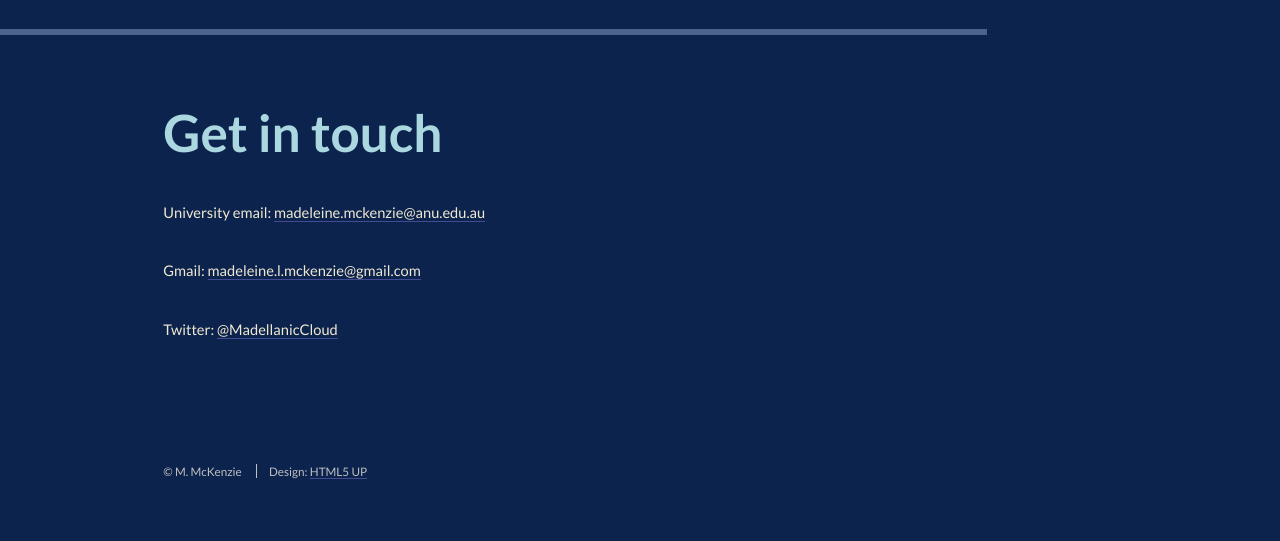
Repository: madeleine-mckenzie/madeleine-mckenzie.github.io
Page: index.html
These files come from the project's save history. The page is drawn as it stood at one moment and after the next save; the edit follows.
The browser window is 1280 px wide. The pictures show the part of the page from y = 4540 to 5114 px (the page is 5081 px tall before and 5114 px after).
Backgrounds fixed to the window are drawn as part of the page.

Above is the page before, as saved 2023-11-12 17:07:44.

### index.html
<!DOCTYPE HTML>
<!--
    Read Only by HTML5 UP
    html5up.net | @ajlkn
    Free for personal and commercial use under the CCA 3.0 license (html5up.net/license)
-->
<html>
    <head>
        <title>M. McKenzie</title>
        <meta charset="utf-8" />
        <meta name="viewport" content="width=device-width, initial-scale=1, user-scalable=no" />
        <link rel="stylesheet" href="assets/css/main.css" />
        <style>
            /* Custom style */
            body {
                background: url('images/2023_ANU_3MT_20230727_ANU2022 3.jpg') no-repeat center center fixed;
                background-size: cover;
            }
        </style>
    </head>
    <body class="is-preload">

        <!-- Header -->
        <section id="header">
            <header>
                <!-- Avatar image next to name -->
                <span class="image avatar"><img src="images/IG_DP.jpeg" alt="Madeleine L. McKenzie" /></span>
                <h1>Madeleine L. McKenzie</h1>
                <p>PhD candidate at the Australian National University </p>
                <p> <a href="mailto:madeleine.mckenzie@anu.edu.au">madeleine.mckenzie@anu.edu.au</a></p>
            </header>
            <nav id="nav">
                <ul>
                    <li><a href="#one" class="active">About</a></li>
                    <li><a href="#two">My Research</a></li>
                    <li><a href="#three">CV</a></li>
                    <li><a href="#four">Resources</a></li>
                    <li><a href="#five">Contact</a></li>
                </ul>
            </nav>
        </section>

        <!-- Wrapper -->
        <div id="wrapper">

            <!-- Main -->
            <div id="main">

                <!-- One -->
                <section id="one">
                    <div class="image main" data-position="center">
                        <!-- Top banner image -->
                        <img src="images/2023_ANU_3MT_20230727_ANU2022.jpg" alt="" />
                    </div>
                    <div class="container">
                        <header class="major">
                            <h2>Hi</h2>
                        </header>
                        <p>I'm Madeleine, an Australian astrophysicist interested in globular clusters all things Milky Way. I was born and raised in Perth, Western Australia,
                            and completed my undergraduate degree and Masters of Astrophysics at the University of Western Australia and International Centre
                            for Radio Astronomy Research. My Masters thesis, titled <b>Simulating the Formation of Multiple Stellar Populations in Globular Clusters</b>, was supervised
                            by Professor Kenji Bekki. I am currently a <b>PhD candidate at the Australian National University</b>, supervised by Dr. David Yong and
                            Professor Mark Krumholz. I primarily work on high precision spectroscopy and isotopic analysis of globular clusters.
                            I am in my final year of my PhD and am currently applying for postdoc positions.
                        </p>
                    </div>
                </section>

                <!-- Two -->
                <section id="two">
                    <div class="container">
                        <header class="major">
                            <h2>My Research</h2>
                        </header>
                        <h3>My research interests include:</h3>
                        <p><ul>
                                <li>High precision spectroscopy</li>
                                <li>Isotopic analysis</li>
                                <li>Multiple stellar populations in globular clusters</li>
                                <li>Chemical evolution of the Milky Way</li>
                                <li>Galactic archaeology</li>
                            </ul>
                        <h3>Publication databases:</h3>
                        <p><a href="https://ui.adsabs.harvard.edu/user/libraries/K8q3Fv2nS-eG0YgK9U_ysw">My ADS library</a> <br />
                        <a href="https://orcid.org/0000-0002-1715-1257">OrcID</a>  <br />
                        <a href="https://scholar.google.com/citations?hl=en&user=nJ12CEMAAAAJ">Google Scholar</a> <br /></p>

                        <h3>Highlights:</h3>
                        <p>1) <a href="https://ui.adsabs.harvard.edu/abs/2023MNRAS.tmp.2870M/abstract">Isotopic analysis of stars in M22</a> where I developed code to
                        derive isotopic abundances.</p>
                        <p>2) <a href="https://ui.adsabs.harvard.edu/abs/2022MNRAS.516.3515M/abstract">High precision differential abundances in M22</a> where I
                        made the most precice chemical abundance measurements yet in the globular cluster M22 to demonstrate the existence of an iron abundance spread.</p>
                        <p>3) <a href="https://ui.adsabs.harvard.edu/abs/2022MNRAS.516.3515M/abstract">Simulations of inhomogenity in globular cluster forming giant
                            molecular clouds </a> where I used hydrodynamical simulations to study the extent of possible iron abundance variations in
                             globular cluster forming gas clouds.</p>
                        </p>

                    </div>*
                </section>

                <!-- three -->
                <section id="three">
                    <div class="container">
                        <header class="major">
                            <h2>Curriculum Vitae</h2>
                        </header>
                        <p>Please contact me for a more compresensive PDF version.</p>

                        <h3>Education</h3>
                        <p><b>PhD, Astronomy and Astrophysics </b>  (Mar 2021 - Sep 2024)<br />
                            Australian National University (ANU)<br />
                            Chemical correlations in galaxies and stellar populations<br />
                            Primary advisor: David Yong<br />
                            Co-advisors: Mark Krumholz, Sarah Martell, Kathryn Grasha, Sven Buder
                        </p>
                        <p> <b>Masters of Physics (Astrophysics)</b>  (Jan 2019 - Nov 2020)<br />
                            The University of Western Australia (UWA),<br />
                            International Centre for Radio Astronomy Research (ICRAR)<br />
                            Simulating the Formation of Multiple Stellar Populations in Globular Clusters <br />
                            Advisor: Kenji Bekki
                        </p>
                        <p> <b>Bachelor of Science - Physics, Computer Science </b>  (Jan 2015 - Nov 2019)<br />
                            The University of Western Australia</p>
                        </p>

                        <h3>Award highlights</h3>
                        <p><b>Three Minute Thesis Competition Finalist, ANU </b>  (2023)<br />
                        <a href="https://www.youtube.com/watch?v=GKc33CGIitY&t=3706s">Watch the recording</a>
                        </p>

                        <p><b>Three Minute Thesis Competition Finalist, ANU </b>  (2023)<br />
                            Best undergraduate or Masters student thesis in Australia, <br />
                            <a href="https://asa.astronomy.org.au/prizes_and-grants/prizes-awards/bok-prize/">Details of the award here</a>
                            </p>

                        <h3>Recorded talks</h3>

                        <p><b>Mg isotope ratios reveal the accreted component of the Milky Way </b> <br />
                            Astronomical Society of Australia Annual Science Meeting 2023, <br />
                            <a href="https://www.dropbox.com/scl/fo/u4ltsiigp58la88ctc9fa/h/DAY%204/MASON%20THEATRE/Day%204_Session%2013A.3_Madeleine%20McKenzie.mov?rlkey=amzaq17vsae1m4esvlgar2m0k&dl=0 ">Watch recording via Dropbox link</a>
                            </p>

                        <p><b>The Globulars of GALAH </b> <br />
                            Astro3D science meeting 2023, <br />
                            <a href="https://www.youtube.com/watch?v=rzf3bCFw7u4&ab_channel=ASTRO3D">Watch Youtube recording</a>
                            </p>

                        <p><b>Chemical abudnances in the metal poor globular cluster M22 </b> <br />
                            Astro3D science meeting 2021, <br />
                            <a href="https://www.youtube.com/watch?v=3hCc7SoufvI&ab_channel=ASTRO3D">Watch Youtube recording</a>
                            </p>

                        <p><b>Simulations of Globular Clusters </b> <br />
                            Astronomical Society of Australia Annual Science Meeting Bok Prize lecture 2021, <br />
                            <a href="https://www.youtube.com/watch?v=-FdlgHLuMKA&t=148s&ab_channel=AstronomicalSocietyofAustralia">Watch Youtube recording</a>
                            </p>

                    </div>
                </section>

                 <!-- four -->
                 <section id="four">
                    <div class="container">
                        <header class="major">
                            <h2>Resources & Outreach</h2>
                        </header>

                        <p>Surveying the Milky Way Conference 2023 poster</p>
                        <div class="image poster" data-position="center">
                            <img src="images/GALAH Poster Final.001.png" alt="" />
                        </div>

                    </div>
                </section>

                <!-- Three -->
                <section id="five">
                    <div class="container">
                        <header class="major">
                            <h2>Get in touch</h2>
                        </header>
                        <p>University email: <a href="mailto:madeleine.mckenzie@anu.edu.au">madeleine.mckenzie@anu.edu.au</a></p>
                        <p>Gmail: <a href="mailto:madeleine.l.mckenzie@gmail.com">madeleine.l.mckenzie@gmail.com</a></p>
                        <p>Twitter: <a href="https://twitter.com/MadellanicCloud" target="_blank">@MadellanicCloud</a></p>
                    </div>
                </section>

            </div>

            <!-- Footer -->
            <section id="footer">
                <div class="container">
                    <ul class="copyright">
                        <li>&copy; M. McKenzie</li>
                        <li>Design: <a href="http://html5up.net">HTML5 UP</a></li>
                    </ul>
                </div>
            </section>

        </div>

        <!-- Scripts -->
        <script src="assets/js/jquery.min.js"></script>
        <script src="assets/js/jquery.scrollex.min.js"></script>
        <script src="assets/js/jquery.scrolly.min.js"></script>
        <script src="assets/js/browser.min.js"></script>
        <script src="assets/js/breakpoints.min.js"></script>
        <script src="assets/js/util.js"></script>
        <script src="assets/js/main.js"></script>

    </body>
</html>

Loaded but not shown: assets/css/fontawesome-all.min.css (library); assets/js/jquery.min.js (library); assets/js/jquery.scrollex.min.js (common file); assets/js/jquery.scrolly.min.js (common file); assets/js/browser.min.js (common file); assets/js/breakpoints.min.js (common file); assets/js/util.js (587 lines, source omitted); assets/js/main.js (159 lines, source omitted); assets/css/main.css (3349 lines, source omitted)

After the next save:
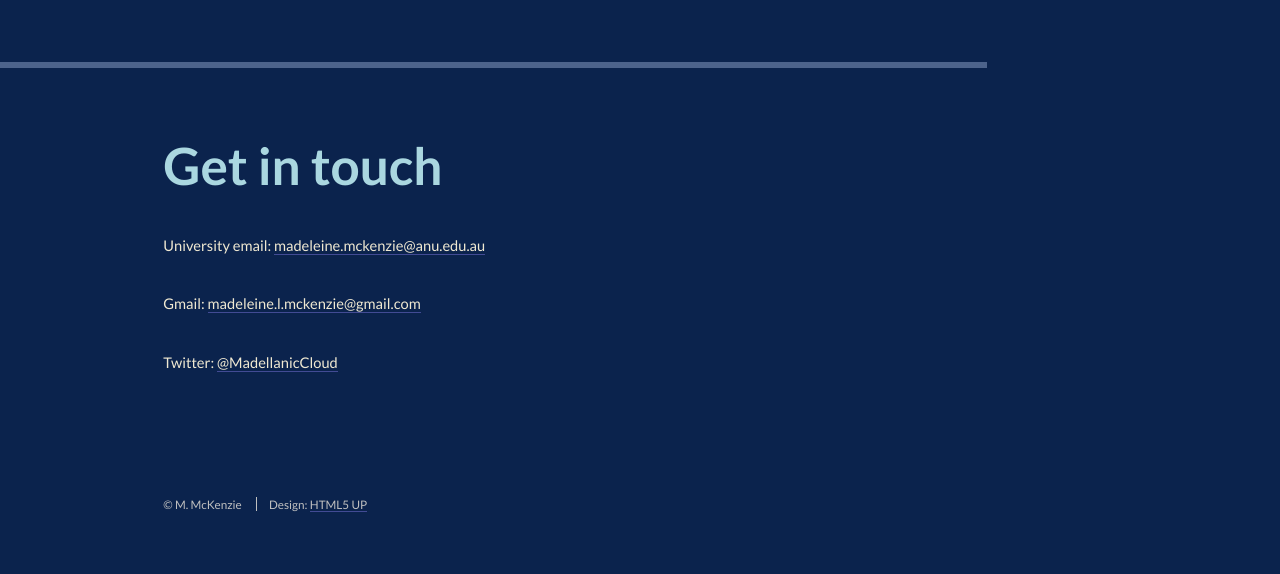
Saved 27 s later.
--- a/index.html
+++ b/index.html
@@ -165,10 +165,10 @@
                             <h2>Resources & Outreach</h2>
                         </header>
 
-                        <p>Surveying the Milky Way Conference 2023 poster</p>
+                        <p>Surveying the Milky Way Conference 2023 poster
                         <div class="image poster" data-position="center">
                             <img src="images/GALAH Poster Final.001.png" alt="" />
-                        </div>
+                        </div></p>
 
                     </div>
                 </section>
